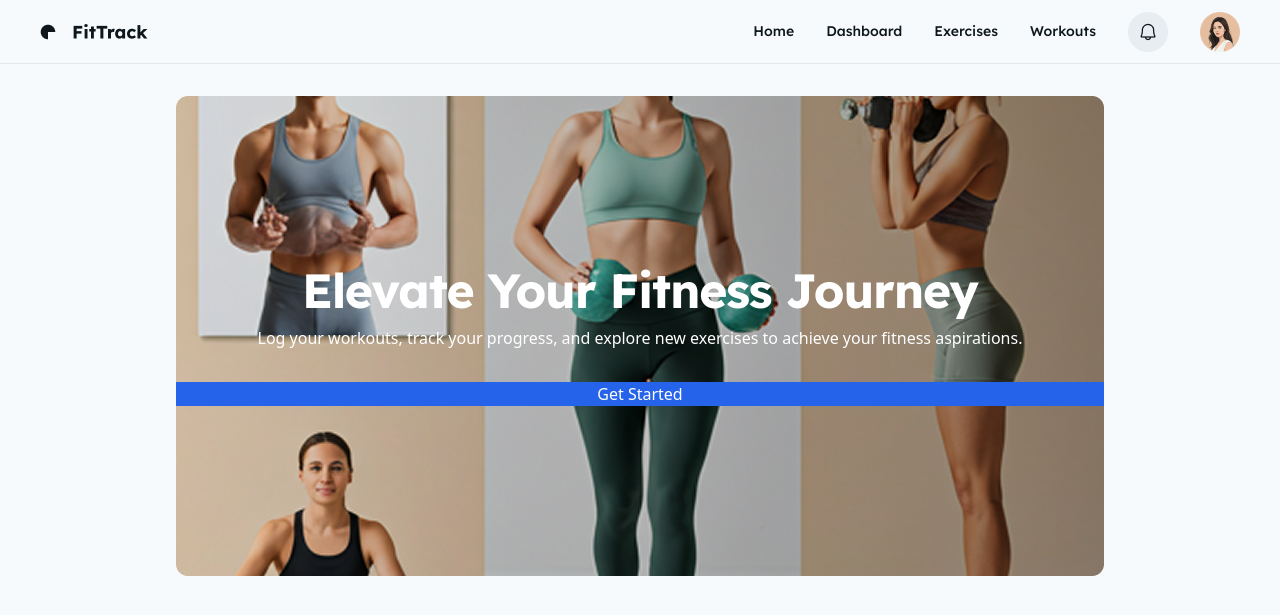
Repository: Emy-gold/fitness-tracking-platform
Page: /
The author's editor kept a copy of each file at every save. The page is drawn from the files as they stood at one save, then again after the next save.
The browser window is 1280 px wide. The pictures show the whole page.
The project was rebuilt for these pictures with package versions that can differ from the ones it lists, and the page was loaded fresh each time. Also part of the build but not shown: vite.config.js, src/Pages/Dashboard.jsx, src/Pages/Exercises.jsx, src/Pages/Workouts.jsx, src/components/Footer.jsx.

Above is the page before, as saved 2025-08-24 22:34:44.

After the next save:
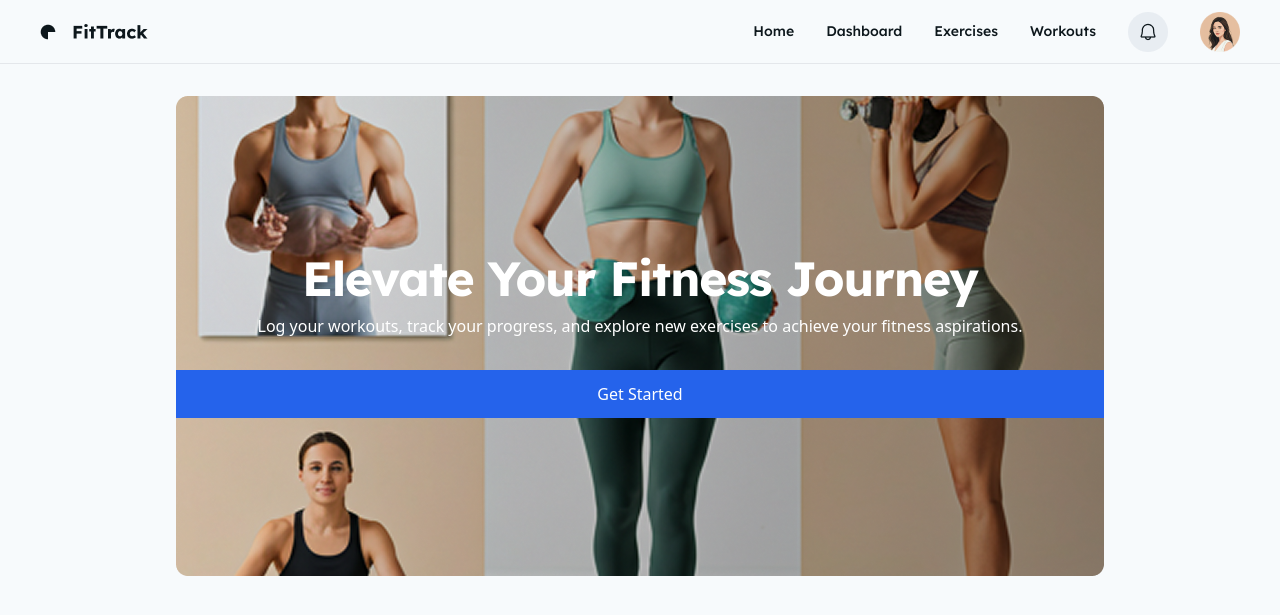
Saved 12 s later.
--- a/src/Pages/Home.jsx
+++ b/src/Pages/Home.jsx
@@ -11,7 +11,7 @@ function Home() {
                     <div className="absolute inset-0 flex flex-col justify-center text-center text-white">
                         <h1 className='text-5xl font-lexend font-bold mb-3 tracking-tight '>Elevate Your Fitness Journey</h1>
                         <p className=''>Log your workouts, track your progress, and explore new exercises to achieve your fitness aspirations.</p>
-                        <button type="submit" className='mt-8 bg-blue-600'>Get Started</button>
+                        <button type="submit" className='mt-8 bg-blue-600 py-3'>Get Started</button>
                     </div>
 
                 </section >
